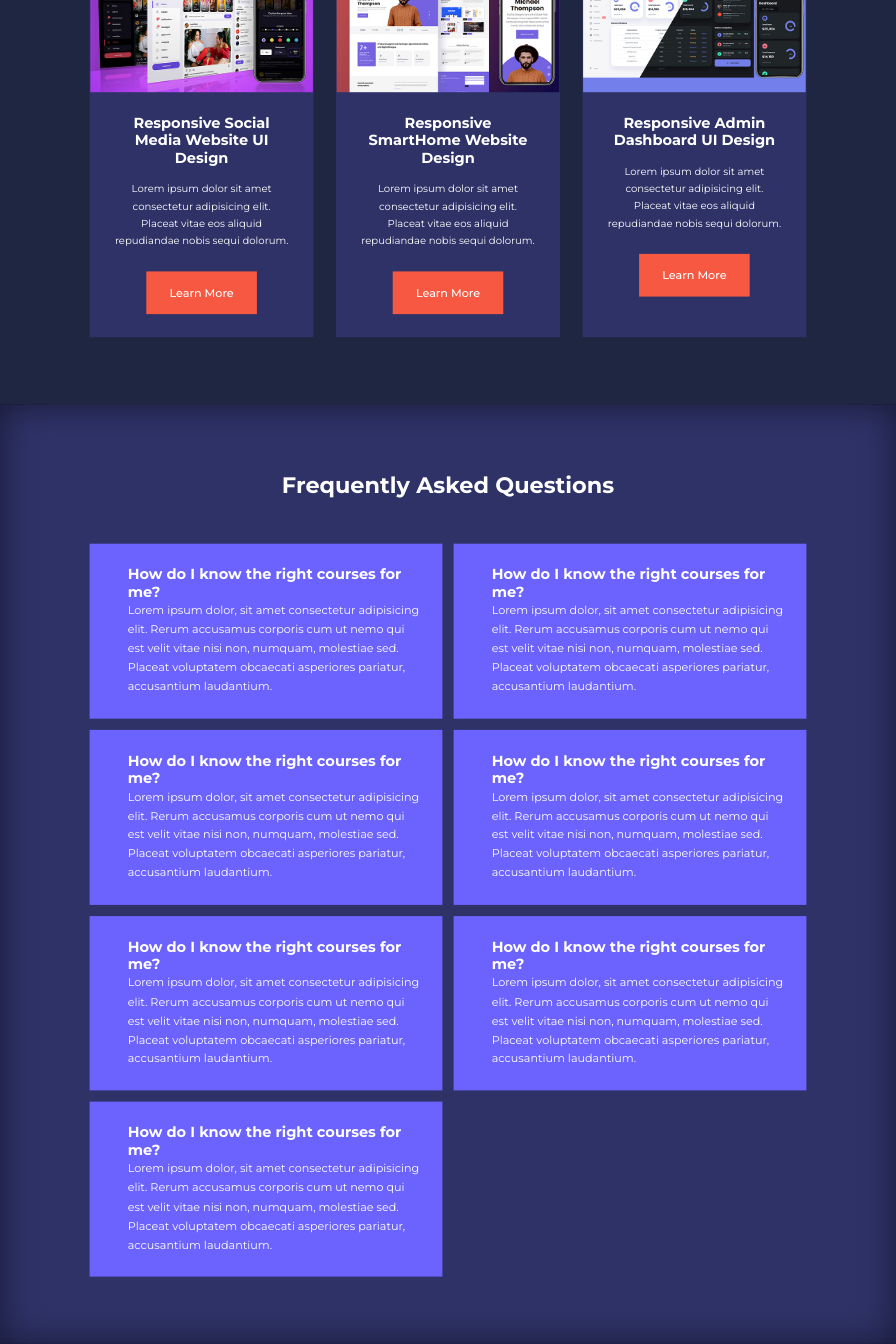
Repository: QUANGTHAI2003/education-web
Page: index.html
These files come from the project's save history. The page is drawn as it stood at one moment and after the next save; the edit follows.
The browser window is 1280 px wide. The pictures show the part of the page from y = 1454 to 3374 px (the page is 3374 px tall before and 3315 px after), at 70% of full size.
Some icons come from a web library that is not loaded, so they are not drawn.

Above is the page before, as saved 2022-03-11 14:58:22.

After the next save:
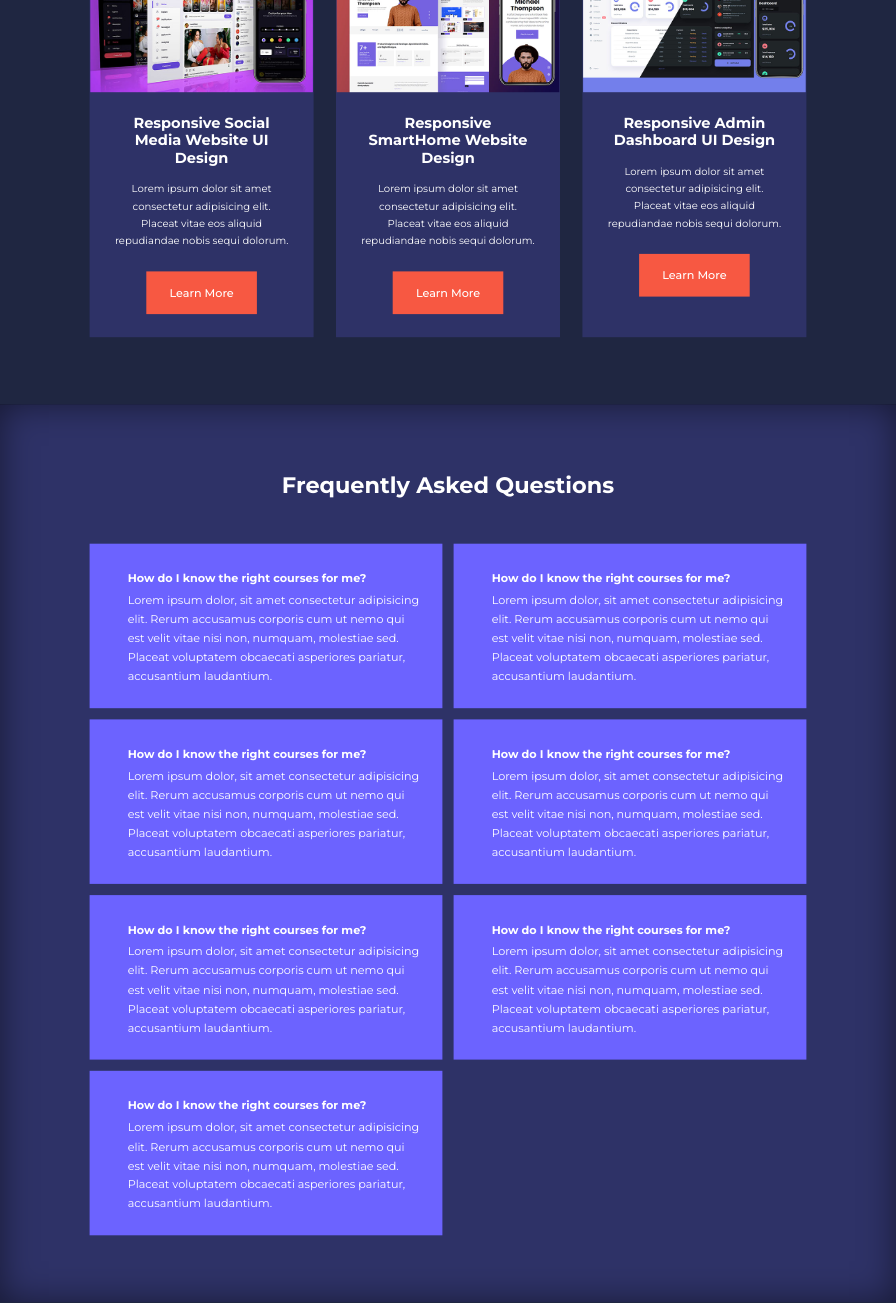
Saved 51 s later.
--- a/css/style.css
+++ b/css/style.css
@@ -292,3 +292,12 @@ header {
     background: var(--color-primary);
     cursor: pointer;
 }
+
+.faq h4 {
+    font-size: 1rem;
+    line-height: 2.2;
+}
+
+.faq__icon {
+    align-self: flex-start;
+}
